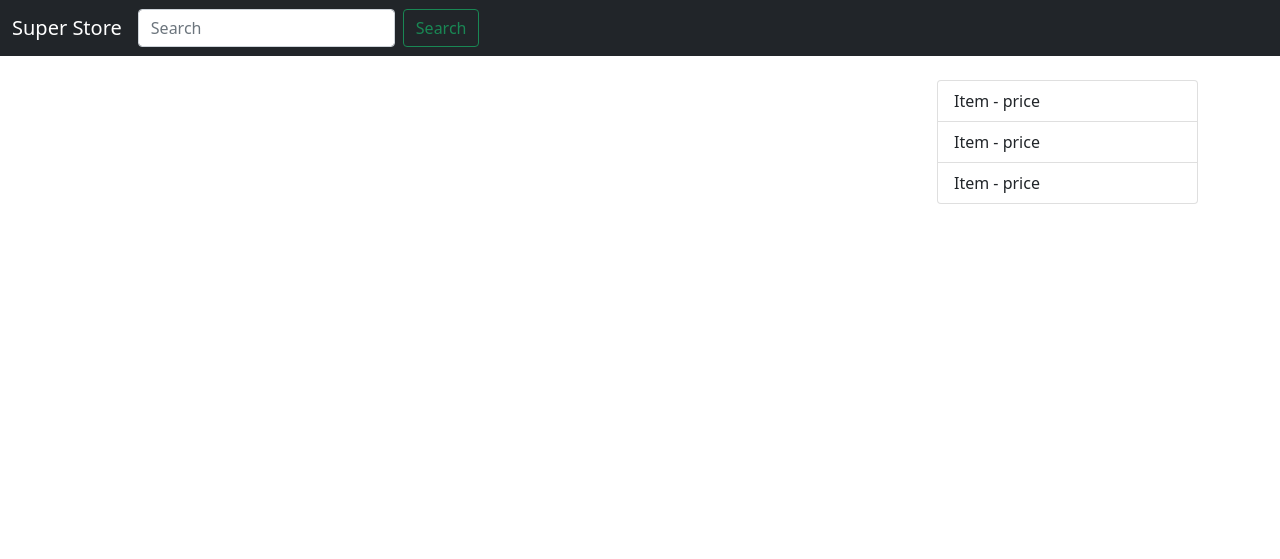
Repository: rockeycse/superstore
Page: /
These files come from the project's save history. The page is drawn as it stood at one moment and after a run of saves; the edit follows.
The browser window is 1280 px wide. The pictures show the whole page.
The project was rebuilt for these pictures with package versions that can differ from the ones it lists, and the page was loaded fresh each time.

Above is the page before, as saved 2021-06-07 17:44:37.

### index.html
<!DOCTYPE html>
<html>
  <head>
    <meta charset="utf-8">
    <meta name="viewport" content="width=device-width,initial-scale=1.0">
    <title>superstore</title>
  </head>
  <body>
    <div id="app"></div>
    <!-- built files will be auto injected -->
  </body>
</html>

### src/main.js
// The Vue build version to load with the `import` command
// (runtime-only or standalone) has been set in webpack.base.conf with an alias.
import Vue from 'vue'
import App from './App'

window.$ = window.jQuery = require('jquery')

import 'bootstrap'
import 'bootstrap/dist/css/bootstrap.min.css'

Vue.config.productionTip = false

/* eslint-disable no-new */
new Vue({
    el: '#app',
    components: { App },
    template: '<App/>'
})

### src/App.vue
<template>
  <div id="app">
<navbar></navbar>

    <div class="container pt-4">
      <div class="row">
        <div class="col-sm-9">
<Inventory
        </div>
        <div class="col-sm-3">
         <cart></cart>
        </div>
      </div>
    </div>
  </div>
</template>

<script>

 import Navbar from './components/Navbar'
 import Cart from './components/Cart'
 import Inventory from './components/Inventory'

export default {
components:{
  Navbar,
  Cart,
  Inventory
}
};
</script>

<style>
</style>

### src/components/Navbar.vue
<template>

 <nav class="navbar navbar-expand-lg navbar-dark bg-dark">
      <div class="container-fluid">
        <a class="navbar-brand" href="#">Super Store</a>
        <button
          class="navbar-toggler"
          type="button"
          data-bs-toggle="collapse"
          data-bs-target="#navbarSupportedContent"
          aria-controls="navbarSupportedContent"
          aria-expanded="false"
          aria-label="Toggle navigation"
        >
          <span class="navbar-toggler-icon"></span>
        </button>
        <div class="collapse navbar-collapse" id="navbarSupportedContent">
          <form class="d-flex">
            <input
              class="form-control me-2"
              type="search"
              placeholder="Search"
              aria-label="Search"
            />
            <button class="btn btn-outline-success" type="submit">
              Search
            </button>
          </form>
        </div>
      </div>
    </nav>

</template>
<script>
export default {

}
</script>
<style lang="">

</style>

### src/components/Cart.vue
<template>
  <ul class="list-group">
    <li class="list-group-item">Item - price</li>
    <li class="list-group-item">Item - price</li>
    <li class="list-group-item">Item - price</li>
  </ul>
</template>
<script>
export default {};
</script>
<style>
</style>

### src/components/Inventory.vue
<template lang="">
 <div class="row">
            <div class="card" style="width: 13rem">
              <img src="./assets/test.png" class="card-img-top" alt="sorry" />
              <div class="card-body">
                <h5 class="card-title">Card title</h5>
                <p class="card-text">
                  Some quick example text to build on the card title and make up
                  the bulk of the card's content.
                </p>
                <a href="#" class="btn btn-primary">Go somewhere</a>
              </div>
            </div>
            <div class="card" style="width: 13rem">
              <img src="./assets/test.png" class="card-img-top" alt="sorry" />
              <div class="card-body">
                <h5 class="card-title">Card title</h5>
                <p class="card-text">
                  Some quick example text to build on the card title and make up
                  the bulk of the card's content.
                </p>
                <a href="#" class="btn btn-primary">Go somewhere</a>
              </div>
            </div>
            <div class="card" style="width: 13rem">
              <img src="./assets/test.png" class="card-img-top" alt="sorry" />
              <div class="card-body">
                <h5 class="card-title">Card title</h5>
                <p class="card-text">
                  Some quick example text to build on the card title and make up
                  the bulk of the card's content.
                </p>
                <a href="#" class="btn btn-primary">Go somewhere</a>
              </div>
            </div>
          </div>
</template>
<script>
export default {};
</script>
<style lang="">
</style>

After the next 2 saves:
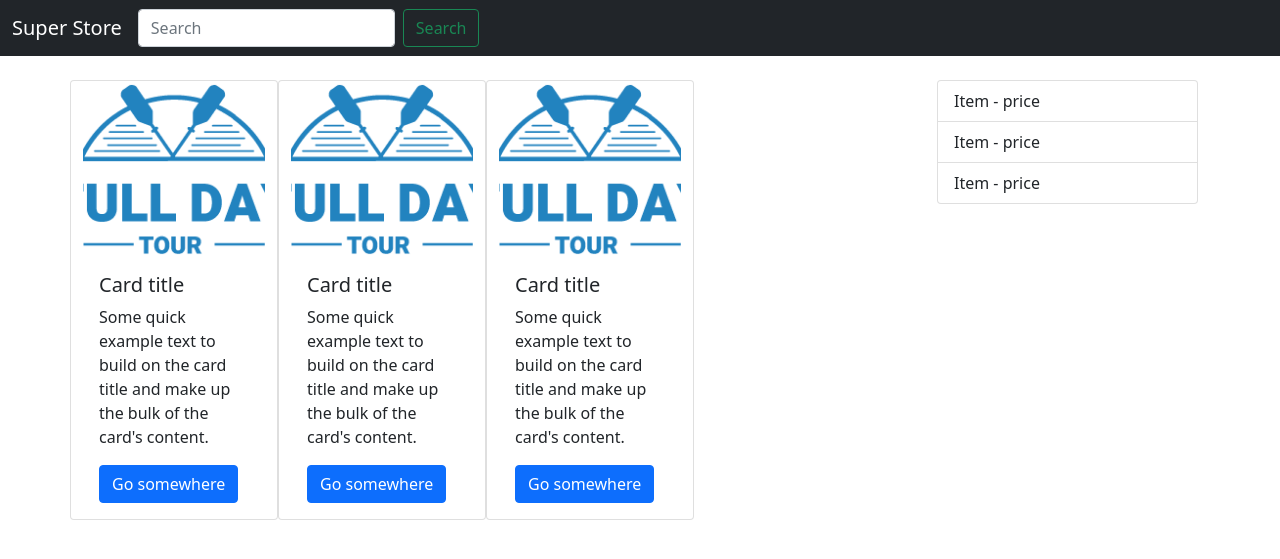
The 2 saves are shown as one change because they came seconds apart.
The last was saved 9 s later.
--- a/src/App.vue
+++ b/src/App.vue
@@ -5,7 +5,7 @@
     <div class="container pt-4">
       <div class="row">
         <div class="col-sm-9">
-<Inventory
+<inventory></inventory>
         </div>
         <div class="col-sm-3">
          <cart></cart>
